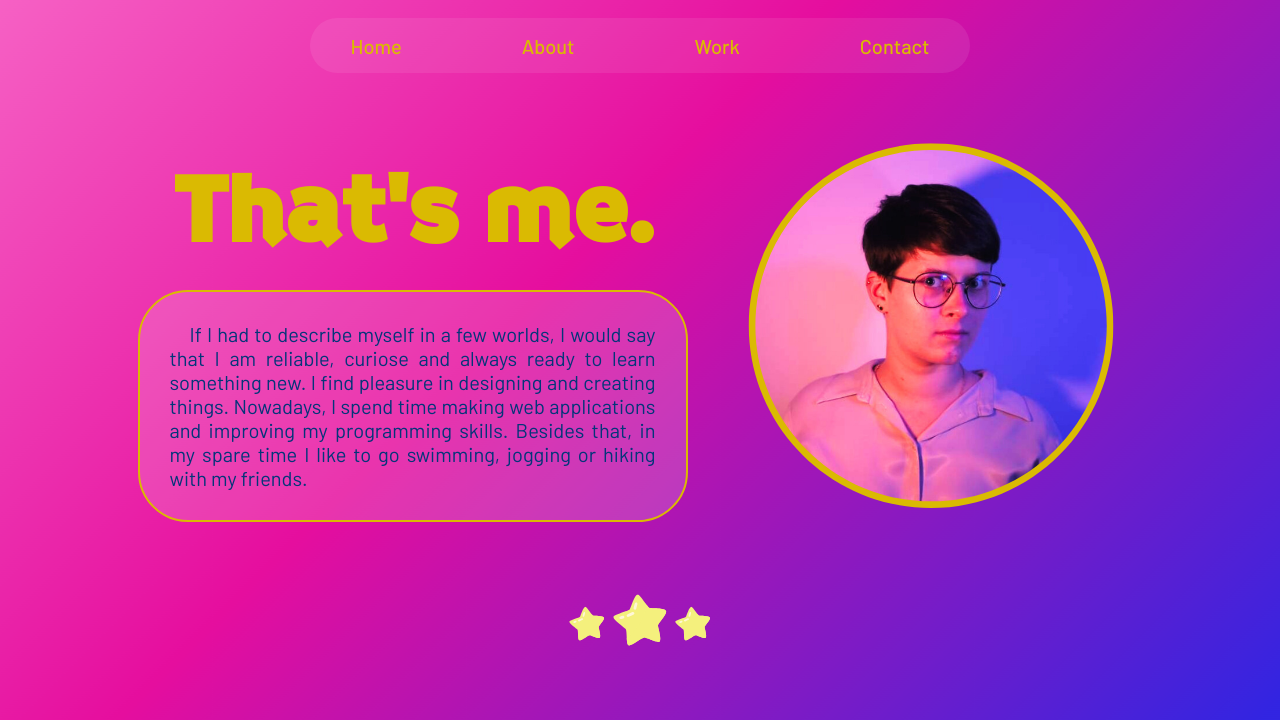
Repository: JJonka/portfolio_site
Page: /about
An editor plug-in stored every save of this project. The page is shown before and after the next save, followed by the edit.
The browser window is 1280 px wide. The pictures show the whole page.
The project was rebuilt for these pictures with package versions that can differ from the ones it lists, and the page was loaded fresh each time. Also part of the build but not shown: vite.config.ts, src/pages/HomePage.tsx, src/components/LogoIcon.module.scss, src/components/LogoIcon.tsx, src/pages/Contact.tsx, src/pages/Work.module.scss, src/pages/Work.tsx.

Above is the page before, as saved 2023-10-08 15:48:59.

After the next save:
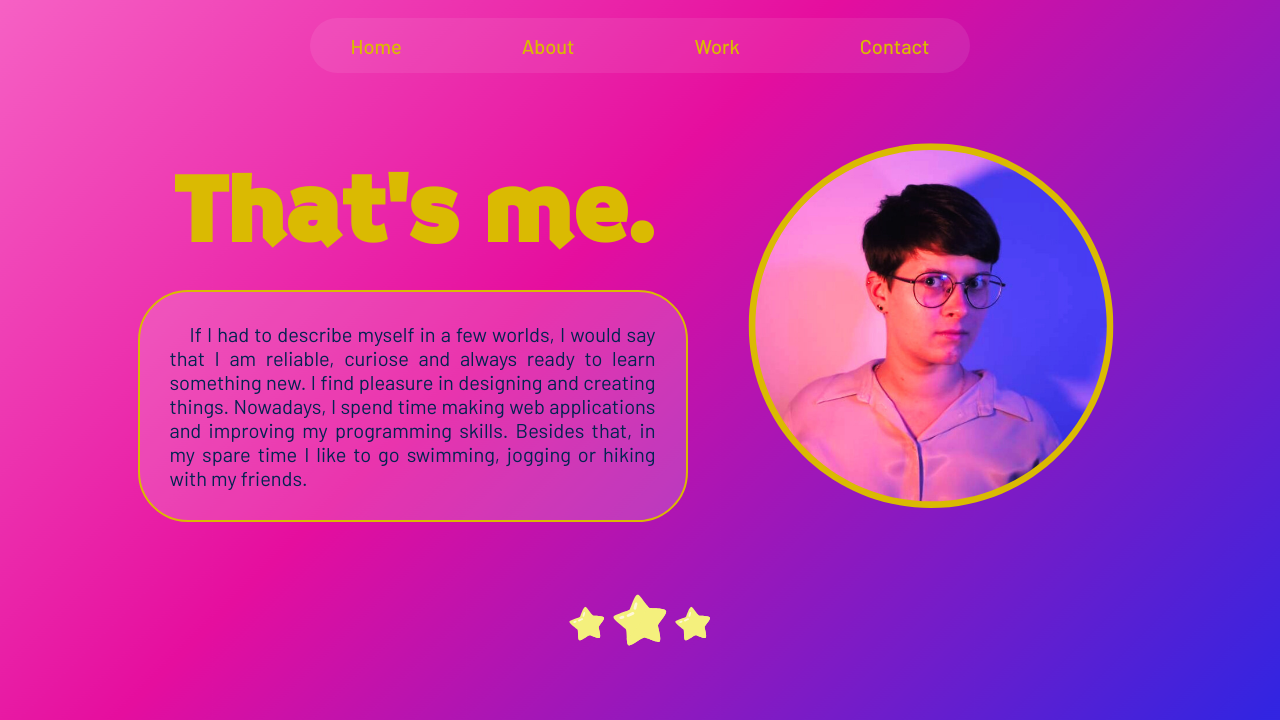
Saved 35 s later.
--- a/src/pages/About.module.scss
+++ b/src/pages/About.module.scss
@@ -45,7 +45,7 @@
 .aboutMe {
     font-family: "Barlow-Regular";
     font-size: 20px;
-    color:  rgb(3, 54, 121);
+    color:  rgb(2, 36, 81);
     margin: 0;
     padding: 30px;
 
